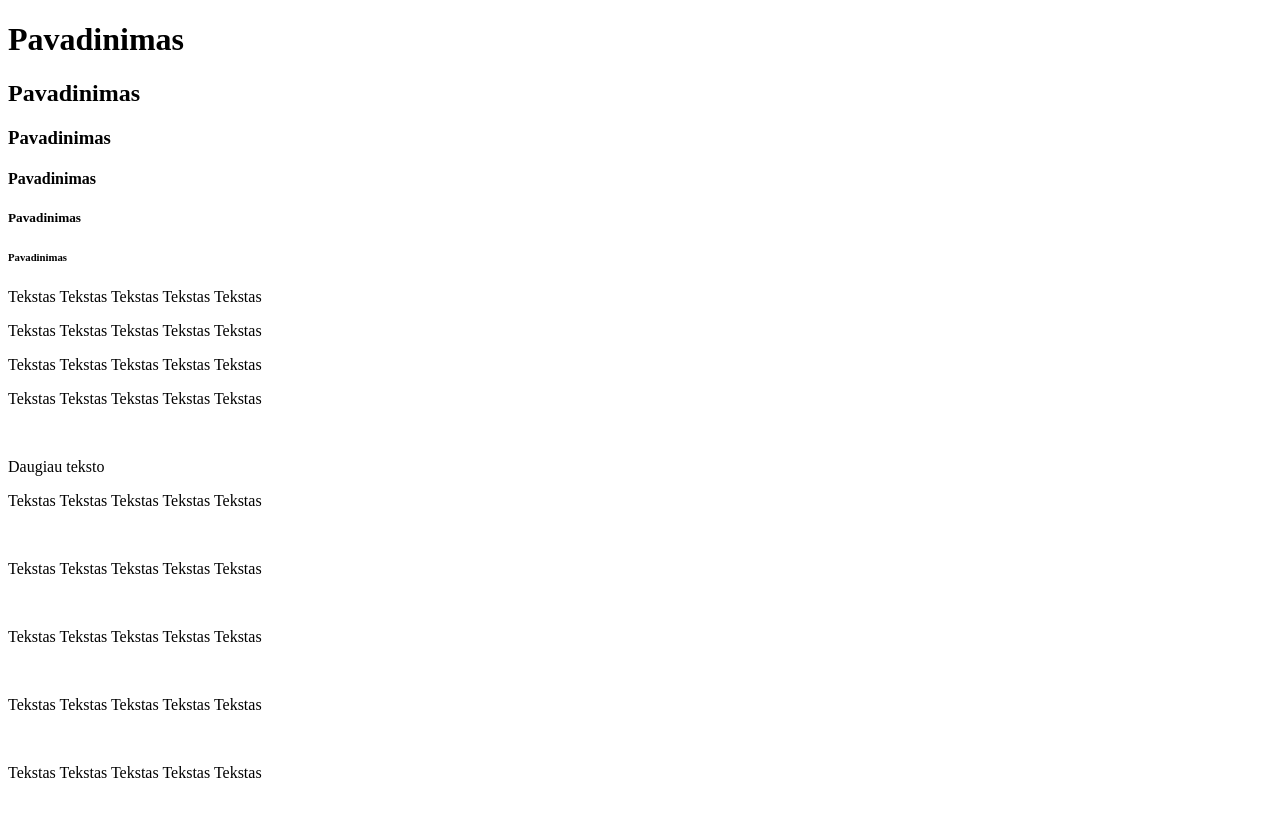
Repository: motiejus1/01-paskait
Page: pirmas.html
The author's editor kept a copy of each file at every save. The page is drawn from the files as they stood at one save, then again after the next save.
The browser window is 1280 px wide. The pictures show the whole page.

Above is the page before, as saved 2021-05-31 20:28:36.

After the next save:
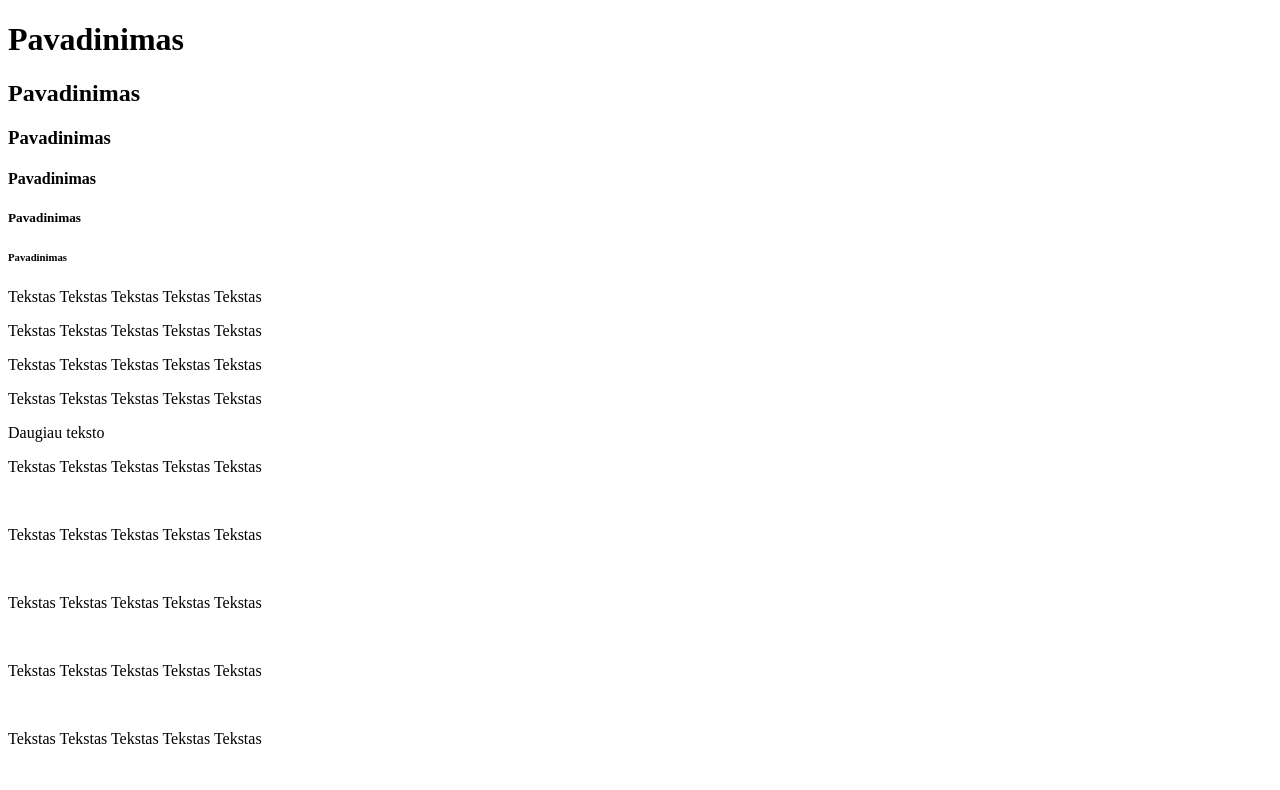
Saved 4 s later.
--- a/pirmas.html
+++ b/pirmas.html
@@ -20,7 +20,7 @@
         <p>Tekstas Tekstas Tekstas Tekstas Tekstas</p>
         <p>Tekstas Tekstas Tekstas Tekstas Tekstas</p>
         <p>Tekstas Tekstas Tekstas Tekstas Tekstas</p>
-        <p>Tekstas Tekstas Tekstas Tekstas Tekstas</p><br>
+        <p>Tekstas Tekstas Tekstas Tekstas Tekstas</p>
 
         <p>Daugiau teksto</p>
 
